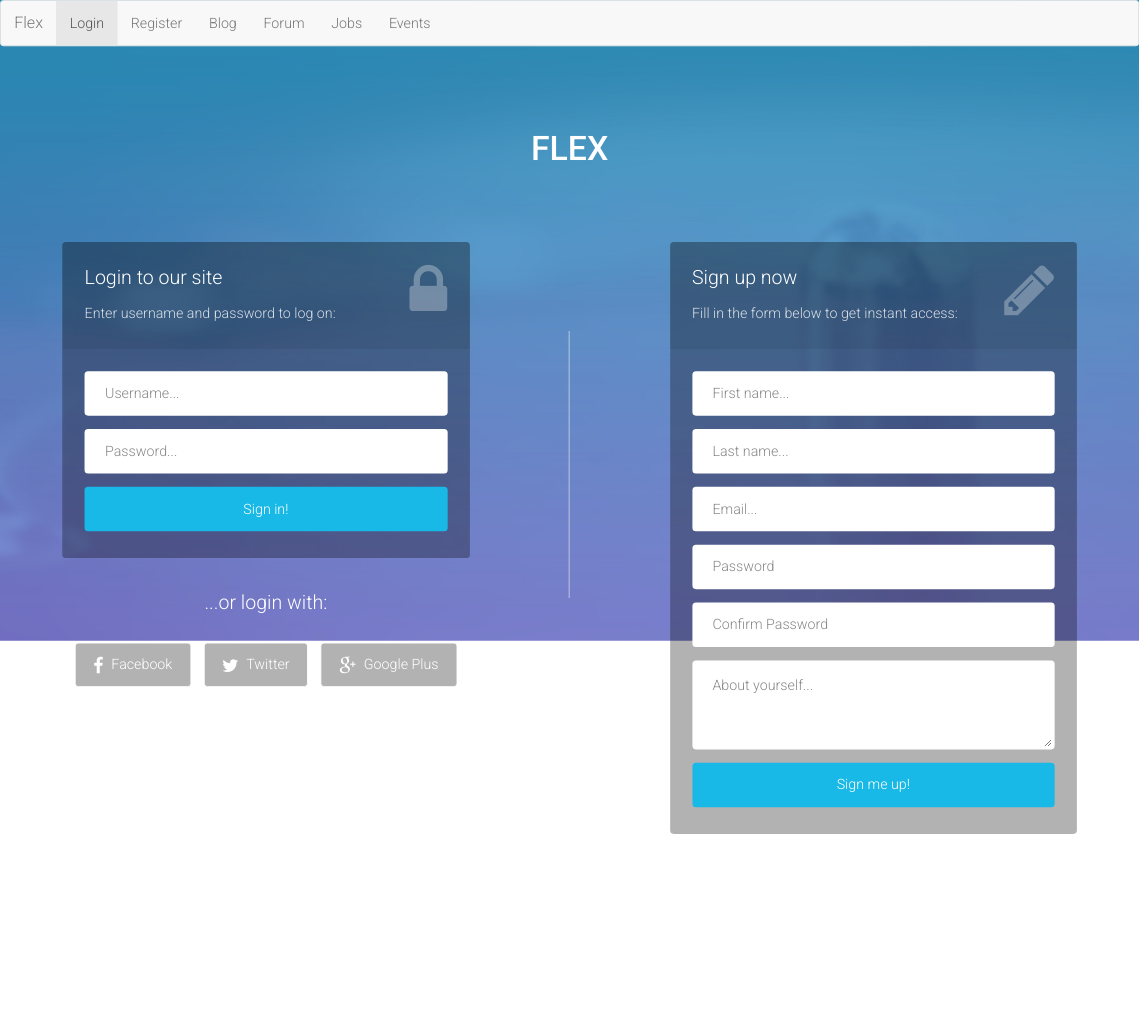
Repository: Angelamritha2012/Flex
Page: Collaboration/WebContent/index.html
The author's editor kept a copy of each file at every save. The page is drawn from the files as they stood at one save, then again after the next save.
The browser window is 1280 px wide. The pictures show the whole page, at 89% of full size.
Some web libraries are served in a nearby version.

Above is the page before, as saved 2017-11-29 14:29:00.

### Collaboration/WebContent/index.html
<!DOCTYPE html>
<html ng-app="">

    <head>
      <script src = "http://ajax.googleapis.com/ajax/libs/angularjs/1.3.14/angular.min.js"></script>

        <meta charset="utf-8">
        <meta http-equiv="X-UA-Compatible" content="IE=edge">
        <meta name="viewport" content="width=device-width, initial-scale=1">
        <title>FLEX</title>

        <!-- CSS -->
        <link rel="stylesheet" href="http://fonts.googleapis.com/css?family=Roboto:400,100,300,500">
        <link rel="stylesheet" href="assets/bootstrap/css/bootstrap.min.css">
        <link rel="stylesheet" href="assets/font-awesome/css/font-awesome.min.css">
		<link rel="stylesheet" href="assets/css/form-elements.css">
        <link rel="stylesheet" href="assets/css/style.css">

        <!-- HTML5 Shim and Respond.js IE8 support of HTML5 elements and media queries -->
        <!-- WARNING: Respond.js doesn't work if you view the page via file:// -->
        <!--[if lt IE 9]>
            <script src="https://oss.maxcdn.com/libs/html5shiv/3.7.0/html5shiv.js"></script>
            <script src="https://oss.maxcdn.com/libs/respond.js/1.4.2/respond.min.js"></script>
        <![endif]-->

        <!-- Favicon and touch icons -->
        <link rel="shortcut icon" href="assets/ico/favicon.png">
        <link rel="apple-touch-icon-precomposed" sizes="144x144" href="assets/ico/apple-touch-icon-144-precomposed.png">
        <link rel="apple-touch-icon-precomposed" sizes="114x114" href="assets/ico/apple-touch-icon-114-precomposed.png">
        <link rel="apple-touch-icon-precomposed" sizes="72x72" href="assets/ico/apple-touch-icon-72-precomposed.png">
        <link rel="apple-touch-icon-precomposed" href="assets/ico/apple-touch-icon-57-precomposed.png">

    </head>

    <body>

<nav class="navbar navbar-default">
  <div class="container-fluid">
    <div class="navbar-header">
      <a class="navbar-brand" href="#">Flex</a>
    </div>
    <ul class="nav navbar-nav">
      <li class="active"><a href="#">Login</a></li>
      <li><a href="#">Register</a></li>
      <li><a href="blog.html">Blog</a></li>
      <li><a href="forum.html">Forum</a></li>
	        <li><a href="job.html">Jobs</a></li>
	        <li><a href="event.html">Events</a></li>

    </ul>
  </div>
</nav>

        <!-- Top content -->
        <div class="top-content">

            <div class="inner-bg">
                <div class="container">

                    <div class="row">
                        <div class="col-sm-8 col-sm-offset-2 text">
                            <h1><strong>FLEX</strong></h1>

                        </div>
                    </div>

                    <div class="row">
                        <div class="col-sm-5">

                        	<div class="form-box">
	                        	<div class="form-top">
	                        		<div class="form-top-left">
	                        			<h3>Login to our site</h3>
	                            		<p>Enter username and password to log on:</p>
	                        		</div>
	                        		<div class="form-top-right">
	                        			<i class="fa fa-lock"></i>
	                        		</div>
	                            </div>
	                            <div class="form-bottom">
				                    <form role="form" action="" method="post" class="login-form">
				                    	<div class="form-group">
				                    		<label class="sr-only" for="form-username">Username</label>
				                        	<input type="text" name="form-username" placeholder="Username..." class="form-username form-control" id="form-username">
				                        </div>
				                        <div class="form-group">
				                        	<label class="sr-only" for="form-password">Password</label>
				                        	<input type="password" name="form-password" placeholder="Password..." class="form-password form-control" id="form-password">
				                        </div>
				                        <button type="submit" class="btn">Sign in!</button>
				                    </form>
			                    </div>
		                    </div>

		                	<div class="social-login">
	                        	<h3>...or login with:</h3>
	                        	<div class="social-login-buttons">
		                        	<a class="btn btn-link-2" href="#">
		                        		<i class="fa fa-facebook"></i> Facebook
		                        	</a>
		                        	<a class="btn btn-link-2" href="#">
		                        		<i class="fa fa-twitter"></i> Twitter
		                        	</a>
		                        	<a class="btn btn-link-2" href="#">
		                        		<i class="fa fa-google-plus"></i> Google Plus
		                        	</a>
	                        	</div>
	                        </div>

                        </div>

                        <div class="col-sm-1 middle-border"></div>
                        <div class="col-sm-1"></div>

                        <div class="col-sm-5">

                        	<div class="form-box">
                        		<div class="form-top">
	                        		<div class="form-top-left">
	                        			<h3>Sign up now</h3>
	                            		<p>Fill in the form below to get instant access:</p>
	                        		</div>
	                        		<div class="form-top-right">
	                        			<i class="fa fa-pencil"></i>
	                        		</div>
	                            </div>
	                            <div class="form-bottom">
				                    <form role="form" action="" method="post" class="registration-form">
				                    	<div class="form-group">
				                    		<label class="sr-only" for="form-first-name">First name</label>
				                        	<input type="text" name="form-first-name" placeholder="First name..." class="form-first-name form-control" id="form-first-name">
				                       <!-- <input name = "firstname" type = "text" ng-model = "firstName" required>
                     <span style = "color:red" ng-show = "studentForm.firstname.$dirty && studentForm.firstname.$invalid">
                        <span ng-show = "Form.firstname.$error.required">First Name is required.</span>
                     </span>   -->
				                        </div>
				                        <div class="form-group">
				                        	<label class="sr-only" for="form-last-name">Last name</label>
				                        	<input type="text" name="form-last-name" placeholder="Last name..." class="form-last-name form-control" id="form-last-name">
				                        </div>
				                        <div class="form-group">
				                        	<label class="sr-only" for="form-email">Email</label>
				                        	<input type="text" name="form-email" placeholder="Email..." class="form-email form-control" id="form-email">
				                        </div>
										<div class="form-group">
				                        	<label class="sr-only" for="password">PassWord</label>
				                        	<input type="text" name="form-password" placeholder="Password" class="form-password form-control" id="form-password">
				                        </div>
										<div class="form-group">
				                        	<label class="sr-only" for="confirm password">Confirm PassWord</label>
				                        	<input type="text" name="form-confirm-password" placeholder="Confirm Password" class="form-confirm-password form-control" id="form-confirm-password">
				                        </div>
				                        <div class="form-group">
				                        	<label class="sr-only" for="form-about-yourself">About yourself</label>
				                        	<textarea name="form-about-yourself" placeholder="About yourself..."
				                        				class="form-about-yourself form-control" id="form-about-yourself"></textarea>
				                        </div>
				                        <button type="submit" class="btn">Sign me up!</button>
				                    </form>
			                    </div>
                        	</div>

                        </div>
                    </div>

                </div>
            </div>

        </div>

        <!-- Footer -->
        <footer>
        	<div class="container">
        		<div class="row">

        			<div class="col-sm-8 col-sm-offset-2">
        				<div class="footer-border"></div>
        				<p>Made by Flex at <a href="http://azmind.com" target="_blank"><strong>FLEX</strong></a>
        					having a lot of fun. <i class="fa fa-smile-o"></i></p>
        			</div>

        		</div>
        	</div>
        </footer>

        <!-- Javascript -->
        <script src="assets/js/jquery-1.11.1.min.js"></script>
        <script src="assets/bootstrap/js/bootstrap.min.js"></script>
        <script src="assets/js/jquery.backstretch.min.js"></script>
        <script src="assets/js/scripts.js"></script>

        <!--[if lt IE 10]>
            <script src="assets/js/placeholder.js"></script>
        <![endif]-->

    </body>

</html>

### Collaboration/WebContent/assets/css/form-elements.css

input[type="text"],
input[type="password"],
textarea,
textarea.form-control {
	height: 50px;
    margin: 0;
    padding: 0 20px;
    vertical-align: middle;
    background: #fff;
    border: 3px solid #fff;
    font-family: 'Roboto', sans-serif;
    font-size: 16px;
    font-weight: 300;
    line-height: 50px;
    color: #888;
    -moz-border-radius: 4px; -webkit-border-radius: 4px; border-radius: 4px;
    -moz-box-shadow: none; -webkit-box-shadow: none; box-shadow: none;
    -o-transition: all .3s; -moz-transition: all .3s; -webkit-transition: all .3s; -ms-transition: all .3s; transition: all .3s;
}

textarea,
textarea.form-control {
	padding-top: 10px;
	padding-bottom: 10px;
	line-height: 30px;
}

input[type="text"]:focus,
input[type="password"]:focus,
textarea:focus,
textarea.form-control:focus {
	outline: 0;
	background: #fff;
    border: 3px solid #fff;
    -moz-box-shadow: none; -webkit-box-shadow: none; box-shadow: none;
}

input[type="text"]:-moz-placeholder, input[type="password"]:-moz-placeholder,
textarea:-moz-placeholder, textarea.form-control:-moz-placeholder { color: #888; }

input[type="text"]:-ms-input-placeholder, input[type="password"]:-ms-input-placeholder,
textarea:-ms-input-placeholder, textarea.form-control:-ms-input-placeholder { color: #888; }

input[type="text"]::-webkit-input-placeholder, input[type="password"]::-webkit-input-placeholder,
textarea::-webkit-input-placeholder, textarea.form-control::-webkit-input-placeholder { color: #888; }



button.btn {
	height: 50px;
    margin: 0;
    padding: 0 20px;
    vertical-align: middle;
    background: #19b9e7;
    border: 0;
    font-family: 'Roboto', sans-serif;
    font-size: 16px;
    font-weight: 300;
    line-height: 50px;
    color: #fff;
    -moz-border-radius: 4px; -webkit-border-radius: 4px; border-radius: 4px;
    text-shadow: none;
    -moz-box-shadow: none; -webkit-box-shadow: none; box-shadow: none;
    -o-transition: all .3s; -moz-transition: all .3s; -webkit-transition: all .3s; -ms-transition: all .3s; transition: all .3s;
}

button.btn:hover { opacity: 0.6; color: #fff; }

button.btn:active { outline: 0; opacity: 0.6; color: #fff; -moz-box-shadow: none; -webkit-box-shadow: none; box-shadow: none; }

button.btn:focus { outline: 0; opacity: 0.6; background: #19b9e7; color: #fff; }

button.btn:active:focus, button.btn.active:focus { outline: 0; opacity: 0.6; background: #19b9e7; color: #fff; }

### Collaboration/WebContent/assets/css/style.css

body {
    font-family: 'Roboto', sans-serif;
    font-size: 16px;
    font-weight: 300;
    color: #888;
    line-height: 30px;
    text-align: center;
}

strong { font-weight: 500; }

a, a:hover, a:focus {
	color: #19b9e7;
	text-decoration: none;
    -o-transition: all .3s; -moz-transition: all .3s; -webkit-transition: all .3s; -ms-transition: all .3s; transition: all .3s;
}

h1, h2 {
	margin-top: 10px;
	font-size: 38px;
    font-weight: 100;
    color: #555;
    line-height: 50px;
}

h3 {
	font-size: 22px;
    font-weight: 300;
    color: #555;
    line-height: 30px;
}

img { max-width: 100%; }

::-moz-selection { background: #19b9e7; color: #fff; text-shadow: none; }
::selection { background: #19b9e7; color: #fff; text-shadow: none; }


.btn-link-1 {
	display: inline-block;
	height: 50px;
	margin: 5px;
	padding: 16px 20px 0 20px;
	background: #19b9e7;
	font-size: 16px;
    font-weight: 300;
    line-height: 16px;
    color: #fff;
    -moz-border-radius: 4px; -webkit-border-radius: 4px; border-radius: 4px;
}
.btn-link-1:hover, .btn-link-1:focus, .btn-link-1:active { outline: 0; opacity: 0.6; color: #fff; }

.btn-link-1.btn-link-1-facebook { background: #4862a3; }
.btn-link-1.btn-link-1-twitter { background: #55acee; }
.btn-link-1.btn-link-1-google-plus { background: #dd4b39; }

.btn-link-1 i {
	padding-right: 5px;
	vertical-align: middle;
	font-size: 20px;
	line-height: 20px;
}

.btn-link-2 {
	display: inline-block;
	height: 50px;
	margin: 5px;
	padding: 15px 20px 0 20px;
	background: rgba(0, 0, 0, 0.3);
	border: 1px solid #fff;
	font-size: 16px;
    font-weight: 300;
    line-height: 16px;
    color: #fff;
    -moz-border-radius: 4px; -webkit-border-radius: 4px; border-radius: 4px;
}
.btn-link-2:hover, .btn-link-2:focus,
.btn-link-2:active, .btn-link-2:active:focus { outline: 0; opacity: 0.6; background: rgba(0, 0, 0, 0.3); color: #fff; }

.btn-link-2 i {
	padding-right: 5px;
	vertical-align: middle;
	font-size: 20px;
	line-height: 20px;
}


/***** Top content *****/

.inner-bg {
    padding: 60px 0 80px 0;
}

.top-content .text {
	color: #fff;
}

.top-content .text h1 { color: #fff; }

.top-content .description {
	margin: 20px 0 10px 0;
}

.top-content .description p { opacity: 0.8; }

.top-content .description a {
	color: #fff;
}
.top-content .description a:hover,
.top-content .description a:focus { border-bottom: 1px dotted #fff; }

.form-box {
	margin-top: 70px;
}

.form-top {
	overflow: hidden;
	padding: 0 25px 15px 25px;
	background: #444;
	background: rgba(0, 0, 0, 0.35);
	-moz-border-radius: 4px 4px 0 0; -webkit-border-radius: 4px 4px 0 0; border-radius: 4px 4px 0 0;
	text-align: left;
}

.form-top-left {
	float: left;
	width: 75%;
	padding-top: 25px;
}

.form-top-left h3 { margin-top: 0; color: #fff; }
.form-top-left p { opacity: 0.8; color: #fff; }

.form-top-right {
	float: left;
	width: 25%;
	padding-top: 5px;
	font-size: 66px;
	color: #fff;
	line-height: 100px;
	text-align: right;
	opacity: 0.3;
}

.form-bottom {
	padding: 25px 25px 30px 25px;
	background: #444;
	background: rgba(0, 0, 0, 0.3);
	-moz-border-radius: 0 0 4px 4px; -webkit-border-radius: 0 0 4px 4px; border-radius: 0 0 4px 4px;
	text-align: left;
}

.form-bottom form textarea {
	height: 100px;
}

.form-bottom form button.btn {
	width: 100%;
}

.form-bottom form .input-error {
	border-color: #19b9e7;
}

.social-login {
	margin-top: 35px;
}

.social-login h3 {
	color: #fff;
}

.social-login-buttons {
	margin-top: 25px;
}

.middle-border {
	min-height: 300px;
	margin-top: 170px;
	border-right: 1px solid #fff;
	border-right: 1px solid rgba(255, 255, 255, 0.6);
}


/***** Footer *****/

footer {
	padding-bottom: 70px;
	color: #fff;
}

footer .footer-border {
	width: 200px;
	margin: 0 auto;
	padding-bottom: 30px;
	border-top: 1px solid #fff;
	border-top: 1px solid rgba(255, 255, 255, 0.6);
}

footer p { opacity: 0.8; }

footer a {
	color: #fff;
}
footer a:hover, footer a:focus { color: #fff; border-bottom: 1px dotted #fff; }


/***** Media queries *****/

@media (min-width: 992px) and (max-width: 1199px) {}

@media (min-width: 768px) and (max-width: 991px) {}

@media (max-width: 767px) {

	.middle-border { min-height: auto; margin: 65px 30px 0 30px; border-right: 0;
						border-top: 1px solid #fff; border-top: 1px solid rgba(255, 255, 255, 0.6); }

}

@media (max-width: 415px) {

	h1, h2 { font-size: 32px; }

}

/***pagination***/

.center {
    text-align: center;
}

.pagination {
    display: inline-block;
}

.pagination a {
    color: black;
    float: left;
    padding: 8px 16px;
    text-decoration: none;
    transition: background-color .3s;
    border: 1px solid #ddd;
    margin: 0 4px;
}

.pagination a.active {
    background-color: #4CAF50;
    color: white;
    border: 1px solid #4CAF50;
}

.pagination a:hover:not(.active) {background-color: #ddd;}
/* The Modal (background) */
.modal {
    display: none; /* Hidden by default */
    position: fixed; /* Stay in place */
    z-index: 1; /* Sit on top */
    left: 0;
    top: 0;
    width: 100%; /* Full width */
    height: 100%; /* Full height */
    overflow: auto; /* Enable scroll if needed */
    background-color: rgb(0,0,0); /* Fallback color */
    background-color: rgba(0,0,0,0.4); /* Black w/ opacity */
    padding-top: 60px;
}

/* Modal Content/Box */
.modal-content {
    background-color: #fefefe;
    margin: 5px auto; /* 15% from the top and centered */
    border: 1px solid #888;
    width: 80%; /* Could be more or less, depending on screen size */
}

/* The Close Button */
.close {
    /* Position it in the top right corner outside of the modal */
    position: absolute;
    right: 25px;
    top: 0;
    color: #000;
    font-size: 35px;
    font-weight: bold;
}

/* Close button on hover */
.close:hover,
.close:focus {
    color: red;
    cursor: pointer;
}

/* Add Zoom Animation */
.animate {
    -webkit-animation: animatezoom 0.6s;
    animation: animatezoom 0.6s
}

@-webkit-keyframes animatezoom {
    from {-webkit-transform: scale(0)}
    to {-webkit-transform: scale(1)}
}

@keyframes animatezoom {
    from {transform: scale(0)}
    to {transform: scale(1)}
}

/*
    Image credits:
    uifaces.com (http://uifaces.com/authorized)
*/

#login { display: none; }
.login,
.logout {
    position: absolute;
    top: -3px;
    right: 0;
}
.page-header { position: relative; }
.reviews {
    color: #555;
    font-weight: bold;
    margin: 10px auto 20px;
}
.notes {
    color: #999;
    font-size: 12px;
}
.media .media-object { max-width: 120px; }
.media-body { position: relative; }
.media-date {
    position: absolute;
    right: 25px;
    top: 25px;
}
.media-date li { padding: 0; }
.media-date li:first-child:before { content: ''; }
.media-date li:before {
    content: '.';
    margin-left: -2px;
    margin-right: 2px;
}
.media-comment { margin-bottom: 20px; }
.media-replied { margin: 0 0 20px 50px; }
.media-replied .media-heading { padding-left: 6px; }

.btn-circle {
    font-weight: bold;
    font-size: 12px;
    padding: 6px 15px;
    border-radius: 20px;
}
.btn-circle span { padding-right: 6px; }
.embed-responsive { margin-bottom: 20px; }
.tab-content {
    padding: 50px 15px;
    border: 1px solid #ddd;
    border-top: 0;
    border-bottom-right-radius: 4px;
    border-bottom-left-radius: 4px;
}
.custom-input-file {
    overflow: hidden;
    position: relative;
    width: 120px;
    height: 120px;
    background: #eee url('https://s3.amazonaws.com/uifaces/faces/twitter/walterstephanie/128.jpg');
    background-size: 120px;
    border-radius: 120px;
}
input[type="file"]{
    z-index: 999;
    line-height: 0;
    font-size: 0;
    position: absolute;
    opacity: 0;
    filter: alpha(opacity = 0);-ms-filter: "alpha(opacity=0)";
    margin: 0;
    padding:0;
    left:0;
}
.uploadPhoto {
    position: absolute;
    top: 25%;
    left: 25%;
    display: none;
    width: 50%;
    height: 50%;
    color: #fff;
    text-align: center;
    line-height: 60px;
    text-transform: uppercase;
    background-color: rgba(0,0,0,.3);
    border-radius: 50px;
    cursor: pointer;
}
.custom-input-file:hover .uploadPhoto { display: block; }

### Collaboration/WebContent/assets/js/scripts.js

jQuery(document).ready(function() {

    /*
        Fullscreen background
    */
    $.backstretch("assets/img/backgrounds/1.jpg");

    /*
        Login form validation
    */
    $('.login-form input[type="text"], .login-form input[type="password"], .login-form textarea').on('focus', function() {
    	$(this).removeClass('input-error');
    });

    $('.login-form').on('submit', function(e) {

    	$(this).find('input[type="text"], input[type="password"], textarea').each(function(){
    		if( $(this).val() == "" ) {
    			e.preventDefault();
    			$(this).addClass('input-error');
    		}
    		else {
    			$(this).removeClass('input-error');
    		}
    	});

    });

    /*
        Registration form validation
    */
    $('.registration-form input[type="text"], .registration-form textarea').on('focus', function() {
    	$(this).removeClass('input-error');
    });

    $('.registration-form').on('submit', function(e) {

    	$(this).find('input[type="text"], textarea').each(function(){
    		if( $(this).val() == "" ) {
    			e.preventDefault();
    			$(this).addClass('input-error');
    		}
    		else {
    			$(this).removeClass('input-error');
    		}
    	});

    });


});

Loaded but not shown: Collaboration/WebContent/assets/bootstrap/css/bootstrap.min.css (library); Collaboration/WebContent/assets/font-awesome/css/font-awesome.min.css (library); Collaboration/WebContent/assets/js/jquery-1.11.1.min.js (library); Collaboration/WebContent/assets/bootstrap/js/bootstrap.min.js (library); Collaboration/WebContent/assets/js/jquery.backstretch.min.js (library)

After the next save:
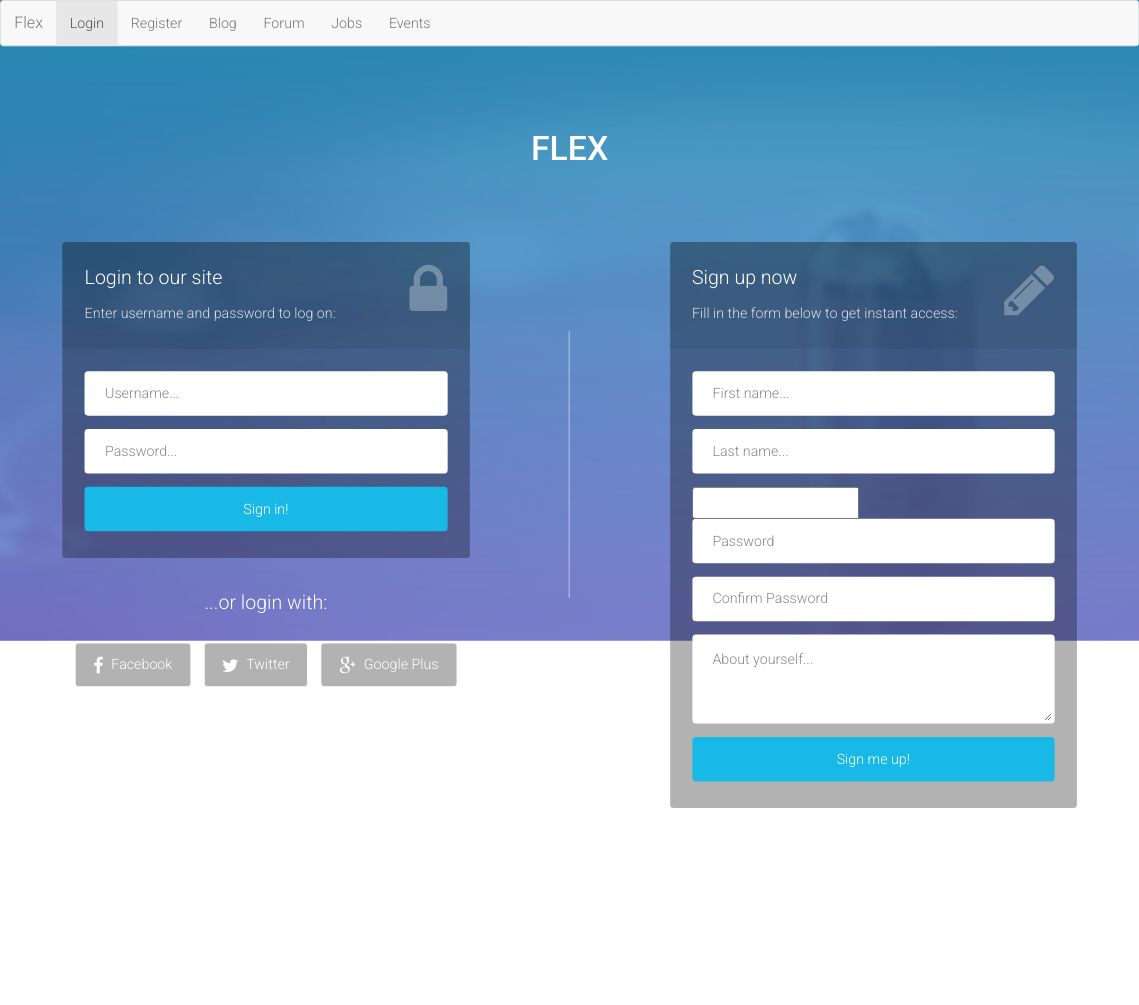
Saved 6 min 7 s later.
--- a/Collaboration/WebContent/index.html
+++ b/Collaboration/WebContent/index.html
@@ -138,10 +138,17 @@
 				                        	<label class="sr-only" for="form-last-name">Last name</label>
 				                        	<input type="text" name="form-last-name" placeholder="Last name..." class="form-last-name form-control" id="form-last-name">
 				                        </div>
-				                        <div class="form-group">
+				                        <!-- <div class="form-group">
 				                        	<label class="sr-only" for="form-email">Email</label>
 				                        	<input type="text" name="form-email" placeholder="Email..." class="form-email form-control" id="form-email">
-				                        </div>
+				                        </div> -->
+				                        <p ng-if="loginForm.email.$error.email">
+  Please enter a valid email
+</p>
+<input type="email" ng-model="email" name="email" required>
+<p ng-if="loginForm.email.$error.required">
+  Please enter your email
+</p>
 										<div class="form-group">
 				                        	<label class="sr-only" for="password">PassWord</label>
 				                        	<input type="text" name="form-password" placeholder="Password" class="form-password form-control" id="form-password">
